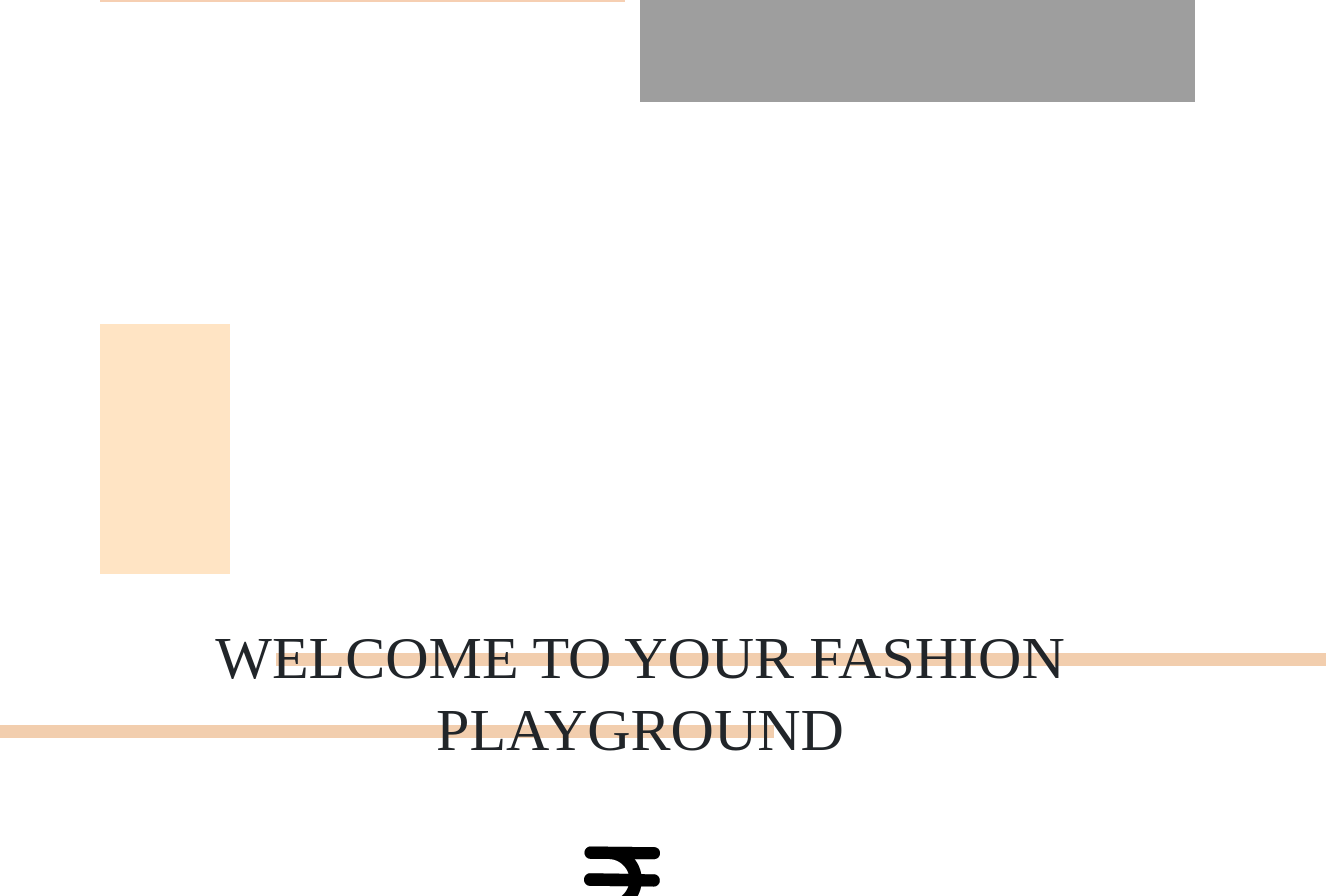
Repository: Lovekr/stylester
Page: stylster_frontend_design/stylepick.html
An editor plug-in stored every save of this project. The page is shown before and after the next save, followed by the edit.
The browser window is 1280 px wide. The page is 1326 px wide, so the pictures cover 1326 px, including what lies to the right of the window. The pictures show the part of the page from y = 581 to 1477 px (the page is 3532 px tall).
Pictures or frames that could not be fetched are drawn as grey boxes. Some web fonts or font styles are not loaded; a fallback is used.

Above is the page before, as saved 2020-03-02 19:03:46.

### stylster_frontend_design/stylepick.html
<!DOCTYPE html>
<html lang="en">
<head>
    <meta charset="UTF-8">
    <meta name="viewport" content="width=device-width, initial-scale=1.0">
    <link rel="stylesheet" href="https://stackpath.bootstrapcdn.com/bootstrap/4.4.1/css/bootstrap.min.css" >
     <link rel="stylesheet" href="./css/owl.carousel.css">
     <link rel="stylesheet" href="./css//owl.theme.default.min.css">
     <link rel="stylesheet" href="https://cdnjs.cloudflare.com/ajax/libs/font-awesome/4.7.0/css/font-awesome.min.css">
    <link rel="stylesheet" href="./css/stylepick.css">

    <title>STYLSTER</title>
</head>
<body>

    <div id="navbar">
        <nav class="navbar navbar-expand-lg navbar-light">
            <img class="pr-3"
            src="./asset/stylster logo1-01.svg"><a class="navbar-brand" href="#">STYLSTER</a>

          <button class="navbar-toggler" type="button" data-toggle="collapse" data-target="#navbarSupportedContent" aria-controls="navbarSupportedContent" aria-expanded="false" aria-label="Toggle navigation">
            <span class="navbar-toggler-icon"></span>
        </button>
            <div class="collapse navbar-collapse" id="navbarSupportedContent">
              <input type="text" placeholder="e.g. T-shirt, Top ...">
              <div class="navbar-manu-inside">
                <a href="#">MEN</a>
                <a href="#">WOMEN</a>
                <a href="#">DEALS</a>
                <a href="#">STYLE PICK</a>
                <a href="#">BLOGGER NETWORK</a>
                <a href="#">ABOUT</a>
              </div>
              <div class="displaynone1000">
                <div>
                    <i class="fa fa-facebook-square"></i>
                    <i class="fa fa-instagram"></i>
                    <i class="fa fa-pinterest-square"></i>
                    <i class="fa fa-youtube"></i>
                  </div>
                  <div class="flexIcon">
                    <i class="fa fa-heart border border-dark"></i>
                    <i class="fa fa-user border border-dark"></i>
                  </div>
              </div>
            </div>

        </nav>
        <div class="navbar-manu">
          <a href="#">MEN</a>
          <a href="#">WOMEN</a>
          <a href="#">DEALS</a>
          <a href="#">STYLE PICK</a>
          <a href="#">BLOGGER NETWORK</a>
          <a href="#">ABOUT</a>
        </div>
    </div>



    <div class="container styleheader">
        <div class="row">
            <div class="col-md-6 col-sm-12 pad0">
                <h1 class="p-5 style-header-title">Style Pick</h1>
                <div class="bgpick">

                    <p class="left px-3">
                        I'M NICER WHEN I
                    </p>
                    <p class="right px-3">
                        LIKE MY OUTFIT
                    </p>
                </div>
            </div>
            <div class="col-md-6 col-sm-12 right-image">

            </div>

        </div>
        <div class="col-md-2">
                <div class="dispHide"></div>
            </div>
    </div>

    <div class="pt-5 welcome-fashion text-center">
       <div class="welcome">
        <h1 class="textbackground">welcome to your fashion</h1>
        <h1 class="backgroundtext">playground</h1>
       </div>
       <div class="row pt-5">
           <div class="item1 col-sm-12 col-md-4">
                <img class="img-fluid bottom" src="./asset/stylep1.png">
                <p>See how to pair it <br>before you buy it</p>

            </div>
           <div class="item1 col-sm-12 col-md-4">
            <img class="img-fluid" src="./asset/stylep2.png">
            <p>Get curated outfits styled<br>within your required budget</p>

            </div>
            <div class="item1 col-sm-12 col-md-4">
                <img class="img-fluid bottom" src="./asset/stylep3.png">
            <p>Get inspired and <br>make style happen</p>

            </div>

       </div>
    </div>



    <div class="container bugget-card">
        <div class="bgBlack">
            <h2 class="py-3 text-center colorwhite">Choose your Budget</h2>
            <div class="container ">
                <div class="owl-carousel owl-theme px-3">
                    <div class="item">
                        <img class="img-fluid" alt="Responsive image" src="https://images.unsplash.com/photo-1486663845017-3eedaa78617f?ixlib=rb-1.2.1&ixid=eyJhcHBfaWQiOjEyMDd9&auto=format&fit=crop&w=334&q=80">
                        <h3 class="inside-title buttonhover"><i class="fa fa-inr"></i> 0-1500</h3>
                    </div>
                    <div class="item">
                        <img class="img-fluid" alt="Responsive image" src="https://images.unsplash.com/photo-1541647376583-8934aaf3448a?ixlib=rb-1.2.1&ixid=eyJhcHBfaWQiOjEyMDd9&auto=format&fit=crop&w=334&q=80">
                        <h3 class="inside-title buttonhover"><i class="fa fa-inr"></i> 1500-3000</h3>
                    </div>
                    <div class="item">
                        <img class="img-fluid" alt="Responsive image" src="https://images.unsplash.com/photo-1486663845017-3eedaa78617f?ixlib=rb-1.2.1&ixid=eyJhcHBfaWQiOjEyMDd9&auto=format&fit=crop&w=334&q=80">
                        <h3 class="inside-title buttonhover"><i class="fa fa-inr"></i> 3000-5000</h3>
                    </div>
                    <div class="item">
                        <img class="img-fluid" alt="Responsive image" src="https://images.unsplash.com/photo-1571816119553-df62a2eedf56?ixlib=rb-1.2.1&ixid=eyJhcHBfaWQiOjEyMDd9&auto=format&fit=crop&w=334&q=80">
                        <h3 class="inside-title buttonhover"><i class="fa fa-inr"></i> 5000-1000</h3>
                    </div>
                    <div class="item">
                        <img class="img-fluid" alt="Responsive image" src="https://images.unsplash.com/photo-1486663845017-3eedaa78617f?ixlib=rb-1.2.1&ixid=eyJhcHBfaWQiOjEyMDd9&auto=format&fit=crop&w=334&q=80">
                        <h3 class="inside-title buttonhover"><i class="fa fa-inr"></i> LUXURY COLLECTION</h3>
                    </div>
                </div>
            </div>
        </div>
    </div>
    <div class="container my-5 pt-5 stylebottom">
        <div class="row">
            <div class="col-md-6 col-sm-12">
                <div class="backPink"></div>
                <div class=" py-4">

                    <p class="leftTop px-3 ">
                        Outfit
                    </p>
                    <p class="right ">
                        Of the
                    </p>
                    <p class="px-3 leftt ">
                        Week
                    </p>
                </div>
            </div>
            <div class="col-md-6 col-sm-12 right-image2">

            </div>
        </div>
    </div>



    <div id="footer" class="container-fluid">
        <div class="row">
            <div class="col-xs-12 col-sm-6 col-md-3 rline">
              <h3 class="footer-stylster"><img class="pr-3" src="./asset/stylster logo1-01.svg">STYLSTER</h1>


            </div>
            <div class="col-xs-12 col-sm-6 col-md-3 rline rline3">
                <h3>CUSTOMER CARE</h3>
                <ul>
                    <li><a href="#">Shopping Policy ></a></li>
                    <li><a href="#">Return Policy ></a></li>
                    <li><a href="#">Contact Us ></a></li>
                    <li><a href="#">About Us ></a></li>
                </ul>

            </div>
            <div class="col-xs-12 col-sm-6 col-md-3 rline">
                <h3>VISIT OUR STORE</h3>
                <ul>
                    <li><a href="#">500 Terry Francois Street ></a></li>
                    <li><a href="#">San Francisco, CA 94158 ></a></li>

                </ul>
            </div>
            <div class="col-xs-12 col-sm-6 col-md-3 rline2">
                <h3>STAY CONNECTED</h3>
                <div class="mt-4">
                    <a href="#"><i class="fa fa-facebook-square fa-2x pr-2"></i></a>
                    <a href="#"><i class="fa fa-instagram fa-2x pr-2"></i></a>
                    <a href="#"><i class="fa fa-twitter-square fa-2x pr-2"></i></a>
                    <a href="#"><i class="fa fa-youtube fa-2x "></i></a>

                </div>
            </div>
        </div>
      </div>





<script src="https://code.jquery.com/jquery-3.4.1.slim.min.js" ></script>
<script src="https://cdn.jsdelivr.net/npm/popper.js@1.16.0/dist/umd/popper.min.js" ></script>
<script src="https://stackpath.bootstrapcdn.com/bootstrap/4.4.1/js/bootstrap.min.js" ></script>
<script src="./js/owl.carousel.js"></script>
<script>
    $('.owl-carousel').owlCarousel({
        loop: true,
        margin:40,

        responsive:{
            0:{
                items:1
            },
            800:{
                items:2
            }

        }
})
</script>
</body>
</html>

### stylster_frontend_design/css/stylepick.css
@import url('https://fonts.googleapis.com/css?family=Allerta+Stencil&display=swap');
html *
{
    font-family: 'Allerta Stencil';

}
*{
    margin: 0;
    padding: 0;
}
h1,h2,h3,h4,h5,h6,p{
    padding: 0px;
    margin: 0px;
}


/* navbar */



#navbar{
    background-color: rgb(218, 214, 214) !important;
}
#navbar .navbar-brand{
    font-size: 40px;
    font-weight: 500;
}
#navbar i{
    margin-right: 10px;
    font-size: 20px;
}

#navbar .nav-link{
    color: black;
    margin:0px 20px 0px 20px;
    text-decoration: underline;
    font-weight: 500;
}

.buttonhover{
    background-color:  grey;
    color: white;
  }

  .buttonhover:hover {
    background-color: black !important;
    color: white;
  }

.flexIcon{
    display: flex;
    justify-content: center;
    width: 100%;
}
.flexIcon i{

   width: 30px;
   padding: 3px  7px;
   height: 25px;
}

#navbar input{
    width: 65%;
    margin:auto 200px auto 30px;
     outline: 0;
    border-width: 0 0 2px;
    border-color: rgb(179, 174, 174);
    background-color: rgb(218, 214, 214) !important;

}
#navbar input:focus {
    border-color: black
  }
  #navbar input::placeholder{
      padding-left: 10px;
  }

  .fa-facebook-square {
    color: #3b5998;
  }
.fa-instagram {
    color: #B43E8E;
}
.fa-pinterest-square {
    color: #bd081c;
}
.fa-youtube {
      color: #FF0000;
}
.fa-twitter-square {
    color: #1da1f2;
  }
::placeholder {
    color:white !important;
}

.navbar-manu{
    display: flex;
    justify-content: center;
}
.navbar-manu a{
    margin: 10px 50px;
}
.navbar-manu a{
    color: black !important;
   font-weight: 500;
}
.navbar-manu a:hover{
    text-decoration: underline;
}
@media only screen and (min-width: 1000px){
    .navbar-manu-inside{
        display: none;
    }
}

@media only screen and (max-width: 1000px){
    .displaynone1000{
        display: none;
    }
    .navbar-manu{
        display: none;

    }

    .navbar-manu-inside {
        display: flex;
        flex-direction: column;
        margin: 20px 0px 20px 30px;
        padding: 20px 0px;
    }

    .navbar-manu-inside a{
            margin: 10px 0px;
            color: black !important;
            font-weight: 500;
    }

}
@media only screen and (max-width: 1024px){
    #navbar input {
    width: 50%;
    }
    .navbar-manu a {
        margin: 10px 20px;
    }
}

@media only screen and (max-width: 770px){
    #navbar input {
        width: 70%;
    }
}

@media only screen and (max-width: 450px){
    #navbar input {
        width: 100%;
        margin:auto;
        margin-top: 15px;
    }
}




/* ================== */


.style-header-title{
    font-size: 70px;
    margin-bottom: -80px;
}


.bgpick{
    background-color: #F6CFB2;
    height: 350px;
    width: 100%;
}
.bgpick p{
    font-size: 50px;

}

.bgpick .left{
    padding-top: 100px;
}
.bgpick .right{
    text-align: right;
    width: 100%;
}

.right-image{
    background: url(https://images.unsplash.com/photo-1489465116358-f2b833f40241?ixlib=rb-1.2.1&ixid=eyJhcHBfaWQiOjEyMDd9&auto=format&fit=crop&w=356&q=80);
    background-repeat: no-repeat;
    background-position: center;
    background-size: cover;
    height: 550px;
}
.welcome h1{
    font-size: 60px;
    text-transform: uppercase;

}
.welcome p{
  font-size: 24px;
}
.welcome-fashion .bottom{
    padding-top: 200px;
}

.welcome-fashion .line{
  padding-bottom: 20px;
    border-bottom: 2px solid black;
    width: 100%;
   display: flex;
   justify-content: center;

}


.item1 img{
    border-bottom: 2px solid black;
    padding: 20px 0px;
    margin-bottom: 20px;

}






.bgBlack{
    margin-top: 50px;
    background-color: black;
}



.bgBlack .inside-title{
    position: absolute;
    bottom: 8%;
    padding: 5px 20px;
    left: auto;
    right: auto;
    background-color: grey !important;
    color: white !important;
}

.bgBlack .inside-title{
   position: absolute;
    bottom: 8%;


}

.bgBlack img {
    height: 480px;
}


.bugget-card{
    padding: 0px 100px;
}

.bgBlack img{
   /* width: 380px !important; */
    height: 420px;
}

.colorwhite{
    color: white;
}

.stylebottom .right-image2{
    background: url(https://images.unsplash.com/photo-1475551916865-b288ba757973?ixlib=rb-1.2.1&ixid=eyJhcHBfaWQiOjEyMDd9&auto=format&fit=crop&w=375&q=80);
    background-repeat: no-repeat;
    background-position: center;
    background-size: cover;
    height: 550px;
    padding-right: 200px;

}

.stylebottom p{
    font-size: 100px;
}

.stylebottom .leftTop{
    text-align: left;
}

.stylebottom .right{
    text-align: center;
}
.backPink{
    width: 100%;
    background-color: #F6CFB2;
    height: 300px;
    position: absolute;
    z-index: -10;
    top: 22%;
}

.bgBlack .inside-title {
    position: absolute;
    left: 15%;
    bottom: 0%;
    width: 70%;
    text-align: center;
}

@media only screen and (max-width: 1024px){
    .bgpick p {
    font-size: 45px;
}
}



@media only screen and (max-width: 800px){
    .style-header-title{
        font-size: 50px;
    }
    .bgpick p {
        font-size: 30px;
    }
    .welcome h1 {
        font-size: 40px;
        text-transform: uppercase;
    }
    .styleheader .p-5{
        /* padding: 10px !important; */
    }
}


.row {
   margin-right: 0;
   margin-left:0;
}

@media only screen and (max-width: 600px){
    .welcome-fashion .bottom {
        padding-top: 0px;
    }
    .bugget-card {
        padding: 0px ;
    }
}


@media only screen and (max-width: 400px){
    .style-header-title {
        font-size: 45px !important;
    }
    .bgpick p {
        font-size: 30px;
    }
    .bgpick { height: 250px;
    }
    .stylebottom p {
        font-size: 70px;
    }
    .textbackground:before {
        position: absolute;
        width: 102%;
        height: 60px;
        top: auto;
        left: 70%;
        border-bottom: 13px solid #F2CEAE;
        z-index: -7;
        content: "";
        position: absolute;
        display: block;
        left: 276px;
        margin-top: 31px;
    }
    .backgroundtext:before {
        position: absolute;
        width: 82%;
        height: 6px;
        top: auto;
        right: 70%;
        border-bottom: 13px solid #F2CEAE;
        z-index: -7;
        content: "";
        position: absolute;
        display: block;
        right: 506px;
        margin-top: 31px;
    }
}


/* footer */


#footer .row{
    padding: 70px;

}

#footer{
    margin-top: 60px;
    background-color: rgb(228, 226, 225);
}
/* .footer-stylster{
    line-height: 0;
} */
#footer ul {
    list-style: none;
}
#footer a,#footer h3{
    color: gray;
}
#footer a:hover{
    color: black;
    font-weight: 500;
}

.rline{
    border-right: 1px solid gray;

}

#footer ul li{
    padding-bottom: 10px;
}
#footer h3{
    margin-bottom: 30px;
}

   /*accessories  */

   @media only screen and (max-width: 770px){

    #footer .row {
        padding: 30px;
    }

}

@media only screen and (max-width: 420px){

    .rline{
        border: none;
    }

}

.textbackground:before {
    position: absolute;
    width: 82%;
    height: 6px;
    top: auto;
    left: 70%;
    border-bottom: 13px solid #F2CEAE;
    z-index: -7;
    content: "";
    position: absolute;
    display: block;
    left: 276px;
    margin-top: 31px;
}
.backgroundtext:before {
    position: absolute;
    width: 82%;
    height: 6px;
    top: auto;
    right: 70%;
    border-bottom: 13px solid #F2CEAE;
    z-index: -7;
    content: "";
    position: absolute;
    display: block;
    right: 506px;
    margin-top: 31px;
}
.dispHide{
    background-color: bisque;
    height: 250px;
    width: 84%;
    display: flex;
    align-items: center;
    margin-top: 222px;
     }

Loaded but not shown: stylster_frontend_design/css/owl.carousel.css (library); stylster_frontend_design/css/owl.theme.default.min.css (common file); stylster_frontend_design/js/owl.carousel.js (library)

After the next save:
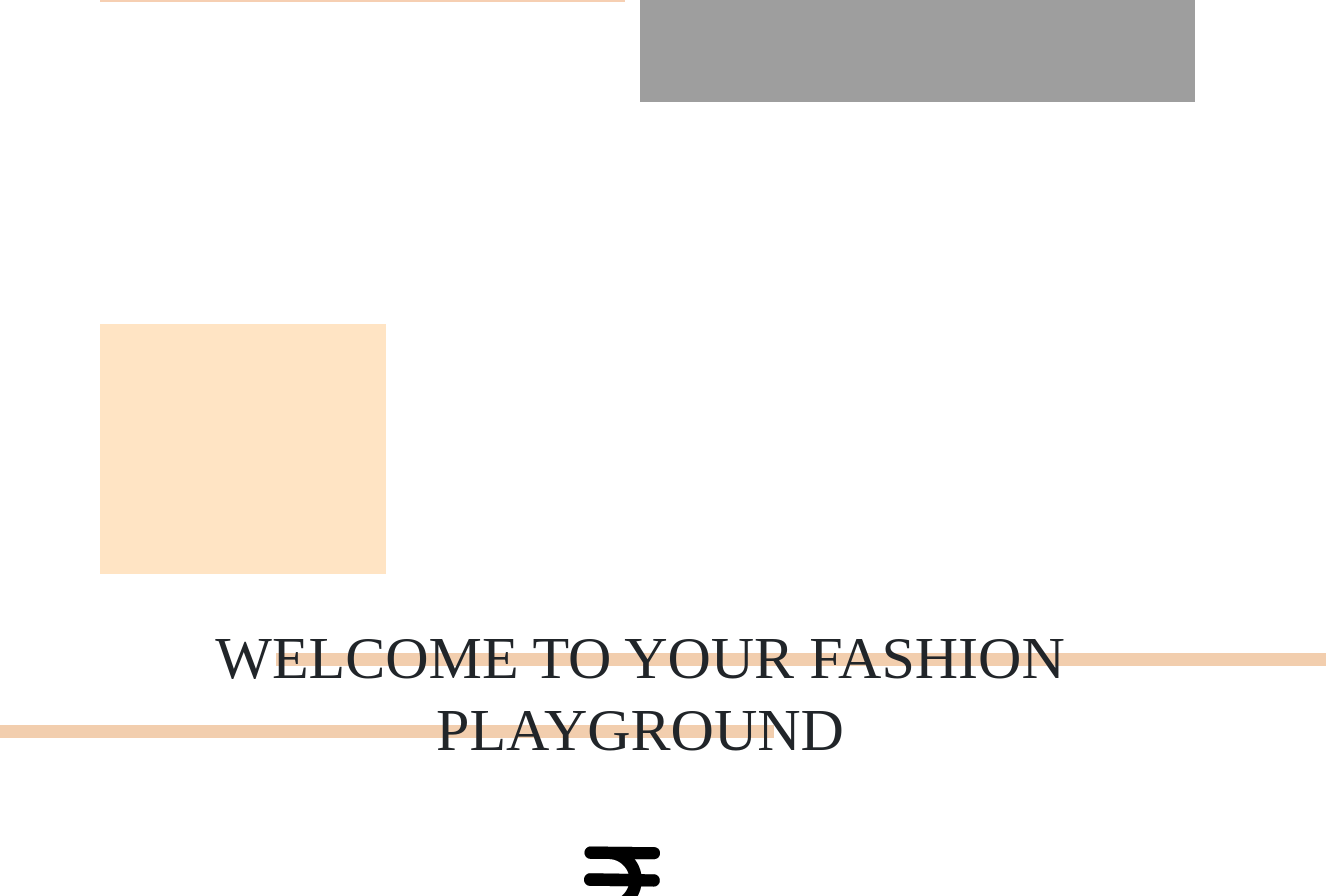
Saved 21 s later.
--- a/stylster_frontend_design/stylepick.html
+++ b/stylster_frontend_design/stylepick.html
@@ -77,7 +77,7 @@
             </div>
 
         </div>
-        <div class="col-md-2">
+        <div class="col-md-4">
                 <div class="dispHide"></div>
             </div>
     </div>
